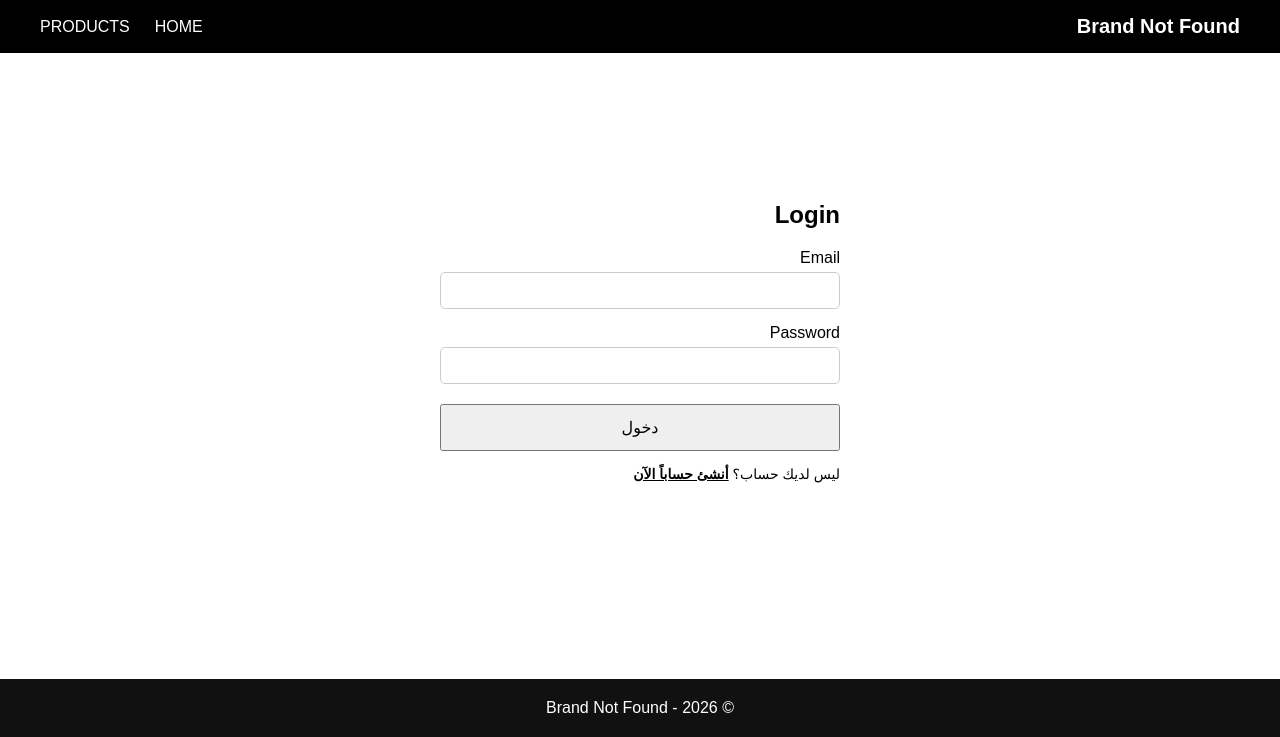
Repository: a-e-kasem/e-commerce
Page: ecommerce-front/login.html
The author's editor kept a copy of each file at every save. The page is drawn from the files as they stood at one save, then again after the next save.
The browser window is 1280 px wide. The pictures show the whole page.

Above is the page before, as saved 2026-04-15 11:57:28.

### ecommerce-front/login.html
<!DOCTYPE html>
<html lang="ar" dir="rtl">
<head>
    <meta charset="UTF-8">
    <meta name="viewport" content="width=device-width, initial-scale=1.0">
    <title>Login | Brand Not Found</title>
    <link rel="stylesheet" href="./css/style.css">
    <link rel="stylesheet" href="./css/auth.css">
</head>
<body>

    <nav class="navbar">
        <div class="logo">Brand Not Found</div>
        <ul class="menu">
            <li><a href="index.html">HOME</a></li>
            <li><a href="./pages/products.html">PRODUCTS</a></li>
        </ul>
    </nav>

    <div class="layout" style="display: flex; justify-content: center; align-items: center; min-height: 80vh;">
        <div class="product-card" style="width: 100%; max-width: 400px; cursor: default;">
            <h2 style="margin-bottom: 20px;">Login</h2>
            <form id="loginForm">
                <div style="text-align: right; margin-bottom: 15px;">
                    <label>Email</label>
                    <input type="email" id="loginEmail" style="width: 100%; padding: 10px; margin-top: 5px; border-radius: 5px; border: 1px solid #ccc;" required>
                </div>
                <div style="text-align: right; margin-bottom: 20px;">
                    <label>Password</label>
                    <input type="password" id="loginPassword" style="width: 100%; padding: 10px; margin-top: 5px; border-radius: 5px; border: 1px solid #ccc;" required>
                </div>
                <button type="submit" style="width: 100%; padding: 12px; font-size: 16px;">دخول</button>
            </form>
            <p style="margin-top: 15px; font-size: 14px;">ليس لديك حساب؟ <a href="register.html" style="color: black; font-weight: bold;">أنشئ حساباً الآن</a></p>
        </div>
    </div>

    <footer>
        <p>&copy; 2026 - Brand Not Found</p>
    </footer>

    <script type="module" src="./js/auth.js"></script>
</body>
</html>

### ecommerce-front/css/style.css
/* Global Settings & Reset */
* {
    margin: 0;
    padding: 0;
    box-sizing: border-box;
    font-family: Arial, sans-serif;
}

/* Navbar */
.navbar {
    display: flex;
    align-items: center;
    justify-content: space-between;
    padding: 15px 40px;
    background-color: black;
}

.logo {
    font-weight: bold;
    font-size: 20px;
    color: white;
}

.menu {
    display: flex;
    list-style: none;
    gap: 25px;
}

.menu a {
    text-decoration: none;
    color: white;
}

.nav-right {
    display: flex;
    align-items: center;
    gap: 10px;
}

.nav-right input {
    padding: 5px 10px;
    border: 1px solid #ccc;
    border-radius: 5px;
}

/* Footer */
footer {
    background-color: #111;
    color: white;
    text-align: center;
    padding: 20px;
    margin-top: 50px;
}

/* Responsive (Mobile Basic) */
@media (max-width: 768px) {
    .navbar {
        flex-direction: column;
        gap: 10px;
    }
    .menu {
        flex-direction: column;
        gap: 10px;
    }
}

### ecommerce-front/css/auth.css
/* auth.css */
.auth-layout {
    display: flex;
    justify-content: center;
    align-items: center;
    min-height: 80vh;
    padding: 20px;
}

.auth-box {
    width: 100%;
    max-width: 400px;
    background: #fff;
    padding: 30px;
    border-radius: 15px;
    box-shadow: 0 5px 15px rgba(0,0,0,0.1);
    text-align: center;
}

.auth-box h2 {
    margin-bottom: 25px;
    color: #000;
}

.form-group {
    text-align: left; /* الكتابة من اليمين */
    margin-bottom: 15px;
}

.form-group label {
    display: block;
    font-size: 14px;
    margin-bottom: 8px;
    color: #555;
}

.form-group input {
    width: 100%;
    padding: 12px;
    border-radius: 8px;
    border: 1px solid #ddd;
    outline: none;
    text-align: left; /* الكتابة من اليمين */
}

.auth-btn {
    width: 100%;
    padding: 12px;
    background-color: #000;
    color: #fff;
    border: none;
    border-radius: 8px;
    cursor: pointer;
    font-size: 16px;
    font-weight: bold;
    transition: 0.3s;
}

.auth-btn:hover {
    background-color: #333;
}

.auth-footer {
    margin-top: 20px;
    font-size: 14px;
}

.auth-footer a {
    color: #000;
    text-decoration: none;
    font-weight: bold;
}

### ecommerce-front/js/auth.js
// js/auth.js

document.addEventListener("DOMContentLoaded", () => {

    // 1. منطق تسجيل الدخول
    const loginForm = document.getElementById("loginForm");
    if (loginForm) {
        loginForm.addEventListener("submit", (e) => {
            e.preventDefault();

            const email = document.getElementById("loginEmail").value;
            const pass = document.getElementById("loginPassword").value;

            // التحقق المبدئي (Validation)
            if (pass.length < 6) {
                alert("كلمة المرور يجب أن تكون أكثر من 6 أحرف");
                return;
            }

            console.log("جاري تسجيل الدخول بـ:", email);
            // هنا سيتم عمل fetch للباك إند لاحقاً
            alert("تم إرسال البيانات للسيرفر (قيد التنفيذ)");
        });
    }

    // 2. منطق إنشاء حساب
    const registerForm = document.getElementById("registerForm");
    if (registerForm) {
        registerForm.addEventListener("submit", (e) => {
            e.preventDefault();

            const name = document.getElementById("regName").value;
            const email = document.getElementById("regEmail").value;
            const pass = document.getElementById("regPassword").value;

            // كائن البيانات لإرساله للباك إند
            const userData = {
                fullName: name,
                email: email,
                password: pass
            };

            console.log("بيانات المستخدم الجديد:", userData);
            alert("أهلاً بك يا " + name + "، تم إنشاء الحساب بنجاح (محلياً)");

            // تحويل المستخدم لصفحة الدخول بعد التسجيل
            // window.location.href = "login.html";
        });
    }
});

After the next save:
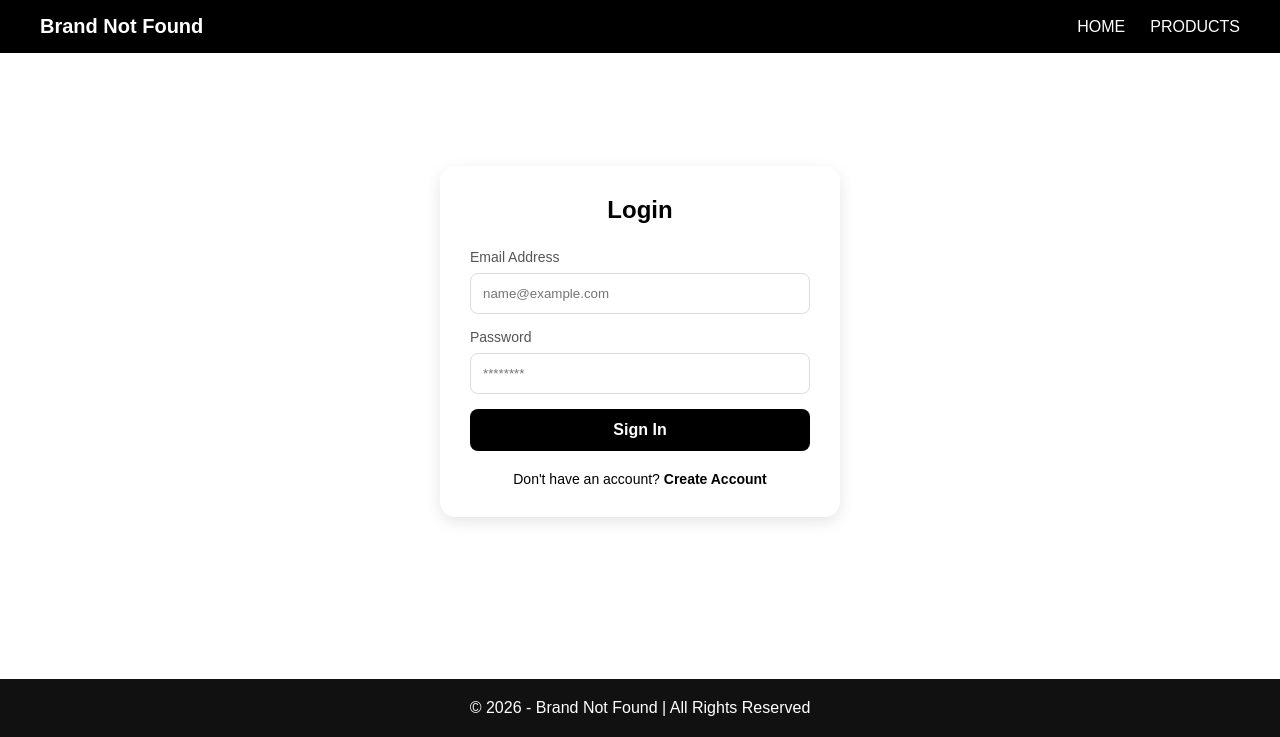
Saved 96 s later.
--- a/ecommerce-front/login.html
+++ b/ecommerce-front/login.html
@@ -1,5 +1,5 @@
 <!DOCTYPE html>
-<html lang="ar" dir="rtl">
+<html lang="en" dir="ltr">
 <head>
     <meta charset="UTF-8">
     <meta name="viewport" content="width=device-width, initial-scale=1.0">
@@ -17,26 +17,26 @@
         </ul>
     </nav>
 
-    <div class="layout" style="display: flex; justify-content: center; align-items: center; min-height: 80vh;">
-        <div class="product-card" style="width: 100%; max-width: 400px; cursor: default;">
-            <h2 style="margin-bottom: 20px;">Login</h2>
+    <div class="auth-layout">
+        <div class="auth-box">
+            <h2>Login</h2>
             <form id="loginForm">
-                <div style="text-align: right; margin-bottom: 15px;">
-                    <label>Email</label>
-                    <input type="email" id="loginEmail" style="width: 100%; padding: 10px; margin-top: 5px; border-radius: 5px; border: 1px solid #ccc;" required>
+                <div class="form-group">
+                    <label>Email Address</label>
+                    <input type="email" id="loginEmail" placeholder="name@example.com" required>
                 </div>
-                <div style="text-align: right; margin-bottom: 20px;">
+                <div class="form-group">
                     <label>Password</label>
-                    <input type="password" id="loginPassword" style="width: 100%; padding: 10px; margin-top: 5px; border-radius: 5px; border: 1px solid #ccc;" required>
+                    <input type="password" id="loginPassword" placeholder="********" required>
                 </div>
-                <button type="submit" style="width: 100%; padding: 12px; font-size: 16px;">دخول</button>
+                <button type="submit" class="auth-btn">Sign In</button>
             </form>
-            <p style="margin-top: 15px; font-size: 14px;">ليس لديك حساب؟ <a href="register.html" style="color: black; font-weight: bold;">أنشئ حساباً الآن</a></p>
+            <p class="auth-footer">Don't have an account? <a href="register.html">Create Account</a></p>
         </div>
     </div>
 
     <footer>
-        <p>&copy; 2026 - Brand Not Found</p>
+        <p>&copy; 2026 - Brand Not Found | All Rights Reserved</p>
     </footer>
 
     <script type="module" src="./js/auth.js"></script>
